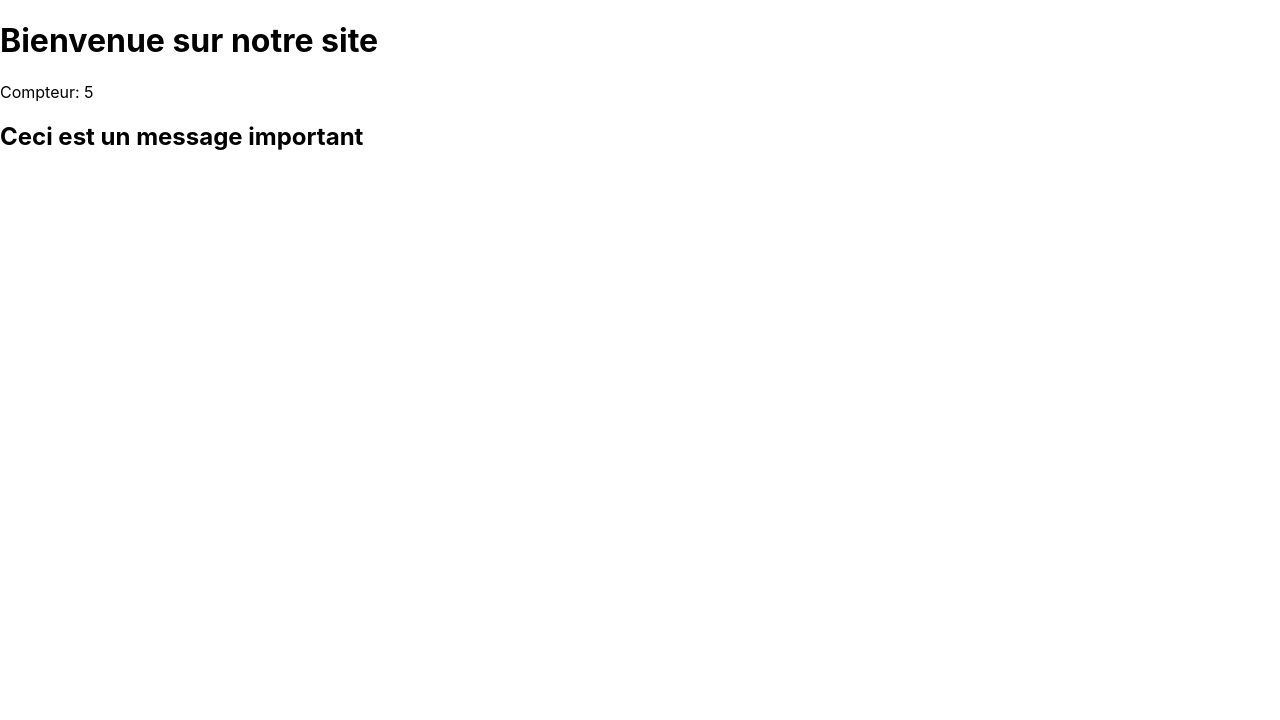
Repository: Salah-R12/react-app12-12
Page: /
The author's editor kept a copy of each file at every save. The page is drawn from the files as they stood at one save, then again after the next save.
The browser window is 1280 px wide. The pictures show the whole page.
The project was rebuilt for these pictures with package versions that can differ from the ones it lists, and the page was loaded fresh each time.

Above is the page before, as saved 2023-12-26 21:20:57.

### src/App.js
import React from 'react';
import Compteur from './Compteur'
import Message from './Message';
import Login from './Login';

function App() {
  return (


    <div className="App">
      <h1>Bienvenue sur notre site</h1>
      <Compteur />
      <Message text="Ceci est un message important" />
    </div>
  );
}

export default App;

### src/Compteur.js
import { useState, useEffect } from 'react';

function Compteur() {
  const compteur = useCompteur(0); // Démarre le compteur à 0

  return <div>Compteur: {compteur}</div>;
}

function useCompteur(initialValue) {
  const [compteur, setCompteur] = useState(initialValue);

  useEffect(() => {
    // Crée un intervalle qui s'exécute toutes les 1000 millisecondes (1 seconde)
    const interval = setInterval(() => {
      // Incrémente la valeur de 'compteur' de 1 à chaque intervalle
      setCompteur((c) => c + 1);
    }, 1000);

    // Retourne une fonction de nettoyage qui arrête l'intervalle
    // quand le composant utilisant ce Hook est démonté
    return () => clearInterval(interval);
  }, []);

  return compteur;
}

export default Compteur;

### src/Message.js
// Home.js
import React from 'react';

function Message(props) {
  return <h2>{props.text}</h2>;
}

export default Message;

### src/Login.js
import React, { useState } from 'react';
import './Login.css';

function Login() {
  const [username, setUsername] = useState('');
  const [password, setPassword] = useState('');

  const handleSubmit = (event) => {
    event.preventDefault();
    // Handle login logic here
    console.log('Login submitted', { username, password });
  };

  return (
    <div className="login-container">
      <form onSubmit={handleSubmit} className="login-form">
        <h2>Login</h2>
        <div className="form-group">
          <label htmlFor="username">Username</label>
          <input
            type="text"
            id="username"
            value={username}
            onChange={(e) => setUsername(e.target.value)}
          />
        </div>
        <div className="form-group">
          <label htmlFor="password">Password</label>
          <input
            type="password"
            id="password"
            value={password}
            onChange={(e) => setPassword(e.target.value)}
          />
        </div>
        <button type="submit">Login</button>
      </form>
    </div>
  );
}

export default Login;

### src/Login.css
.login-container {
    display: flex;
    justify-content: center;
    align-items: center;
    height: 100vh;
  }

  .login-form {
    width: 300px;
    padding: 20px;
    border: 1px solid #ccc;
    border-radius: 5px;
  }

  .form-group {
    margin-bottom: 15px;
  }

  .form-group label {
    display: block;
    margin-bottom: 5px;
  }

  .form-group input {
    width: 100%;
    padding: 8px;
    border: 1px solid #ddd;
    border-radius: 4px;
  }

  button {
    width: 100%;
    padding: 10px;
    border: none;
    border-radius: 4px;
    background-color: #007bff;
    color: white;
    cursor: pointer;
  }

  button:hover {
    background-color: #0056b3;
  }

Loaded but not shown: public/index.html (common file); src/index.js (common file); src/index.css (common file); src/reportWebVitals.js (common file)

After the next save:
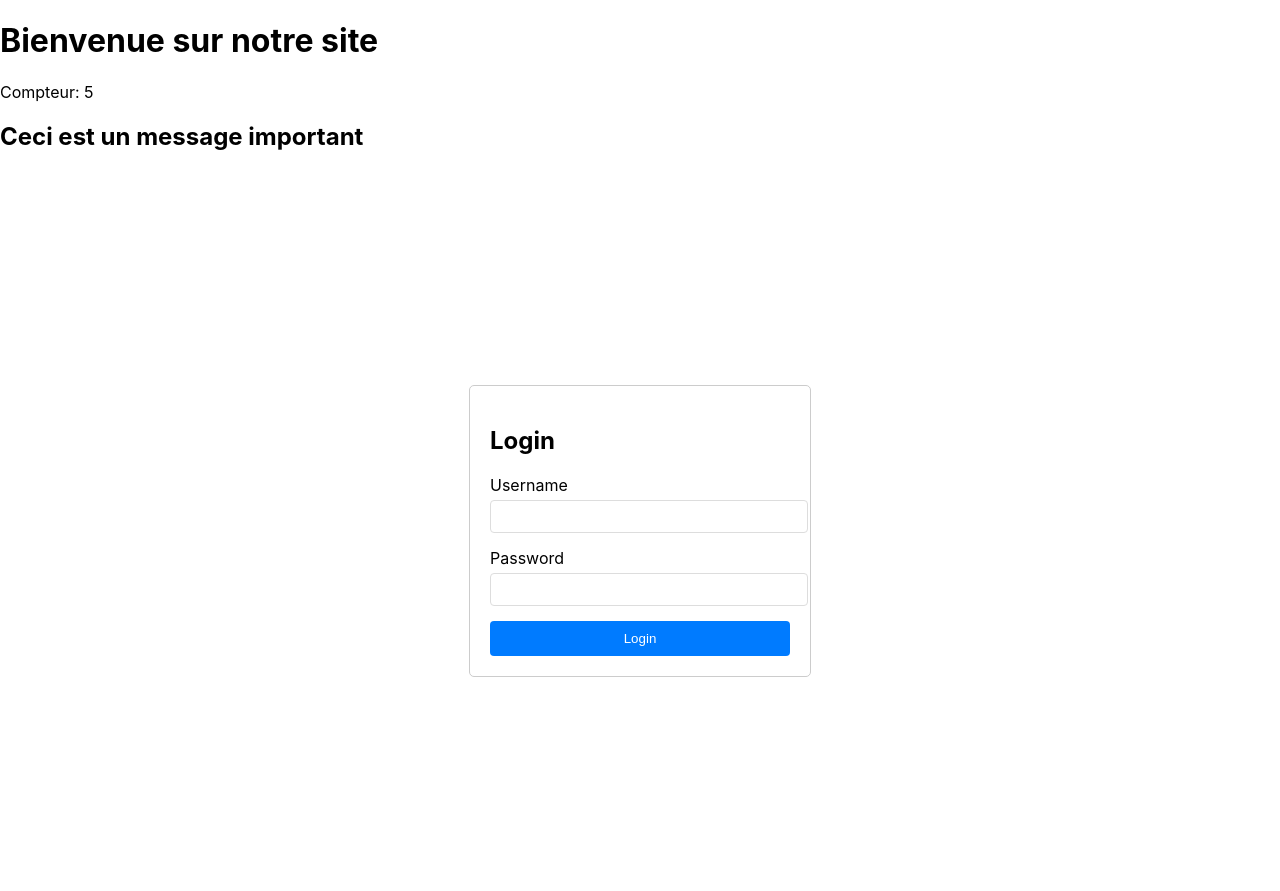
Saved 14 s later.
--- a/src/App.js
+++ b/src/App.js
@@ -11,6 +11,7 @@ function App() {
       <h1>Bienvenue sur notre site</h1>
       <Compteur />
       <Message text="Ceci est un message important" />
+      <Login />
     </div>
   );
 }
